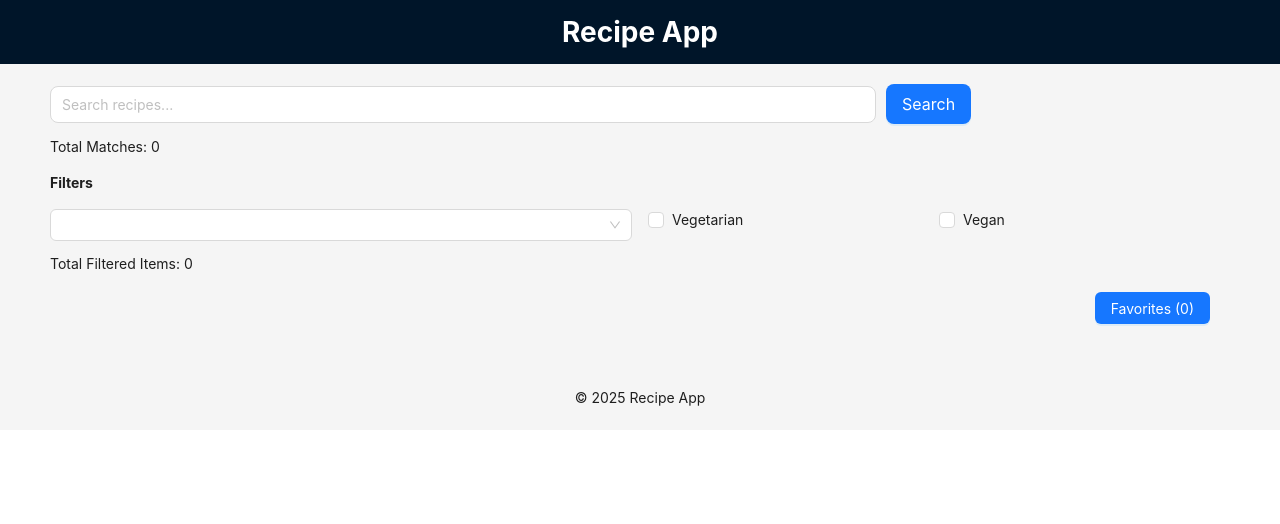
Repository: rajeshwaranslv/recipe-era
Page: /
These files come from the project's save history. The page is drawn as it stood at one moment and after the next save; the edit follows.
The browser window is 1280 px wide. The pictures show the whole page.
The page's requests for data from a server got no answer. The project was rebuilt for these pictures with package versions that can differ from the ones it lists, and the page was loaded fresh each time. No one was signed in, and anything a server would have sent is missing.

Above is the page before, as saved 2025-01-26 11:34:36.

### public/index.html
<!DOCTYPE html>
<html lang="en">
  <head>
    <meta charset="utf-8" />
    <link rel="icon" href="%PUBLIC_URL%/favicon.ico" />
    <meta name="viewport" content="width=device-width, initial-scale=1" />
    <meta name="theme-color" content="#000000" />
    <meta
      name="description"
      content="Web site created using create-react-app"
    />
    <link rel="apple-touch-icon" href="%PUBLIC_URL%/logo192.png" />
    <!--
      manifest.json provides metadata used when your web app is installed on a
      user's mobile device or desktop. See https://developers.google.com/web/fundamentals/web-app-manifest/
    -->
    <link rel="manifest" href="%PUBLIC_URL%/manifest.json" />
    <!--
      Notice the use of %PUBLIC_URL% in the tags above.
      It will be replaced with the URL of the `public` folder during the build.
      Only files inside the `public` folder can be referenced from the HTML.

      Unlike "/favicon.ico" or "favicon.ico", "%PUBLIC_URL%/favicon.ico" will
      work correctly both with client-side routing and a non-root public URL.
      Learn how to configure a non-root public URL by running `npm run build`.
    -->
    <title>Recipe Era</title>
    <link rel="apple-touch-icon" sizes="57x57" href="/apple-icon-57x57.png">
<link rel="apple-touch-icon" sizes="60x60" href="/apple-icon-60x60.png">
<link rel="apple-touch-icon" sizes="72x72" href="/apple-icon-72x72.png">
<link rel="apple-touch-icon" sizes="76x76" href="/apple-icon-76x76.png">
<link rel="apple-touch-icon" sizes="114x114" href="/apple-icon-114x114.png">
<link rel="apple-touch-icon" sizes="120x120" href="/apple-icon-120x120.png">
<link rel="apple-touch-icon" sizes="144x144" href="/apple-icon-144x144.png">
<link rel="apple-touch-icon" sizes="152x152" href="/apple-icon-152x152.png">
<link rel="apple-touch-icon" sizes="180x180" href="/apple-icon-180x180.png">
<link rel="icon" type="image/png" sizes="192x192"  href="/android-icon-192x192.png">
<link rel="icon" type="image/png" sizes="32x32" href="/favicon-32x32.png">
<link rel="icon" type="image/png" sizes="96x96" href="/favicon-96x96.png">
<link rel="icon" type="image/png" sizes="16x16" href="/favicon-16x16.png">
<link rel="manifest" href="/manifest.json">
<meta name="msapplication-TileColor" content="#ffffff">
<meta name="msapplication-TileImage" content="/ms-icon-144x144.png">
<meta name="theme-color" content="#ffffff">
  </head>
  <body>
    <noscript>You need to enable JavaScript to run this app.</noscript>
    <div id="root"></div>
    <!--
      This HTML file is a template.
      If you open it directly in the browser, you will see an empty page.

      You can add webfonts, meta tags, or analytics to this file.
      The build step will place the bundled scripts into the <body> tag.

      To begin the development, run `npm start` or `yarn start`.
      To create a production bundle, use `npm run build` or `yarn build`.
    -->
  </body>
</html>

### src/App.js
import React from 'react';
import { Provider } from 'react-redux';
import store from './redux/store';
import RecipeList from './components/RecipeList';
import SearchBar from './components/SearchBar';
import FilterOptions from './components/FilterOptions';
import FavoritesButton from './components/FavoritesButton';
import { Layout, Row, Col } from 'antd';

const { Header, Content, Footer } = Layout;

function App() {
  return (
    <Provider store={store}>
      <Layout>
        <Header style={{ backgroundColor: '#001529', color: 'white', textAlign: 'center' }}>
          <h1 style={{ color: 'white', margin: 0 }}>Recipe App</h1>
        </Header>
        <Content style={{ padding: '20px 50px' }}>
          <Row gutter={[16, 16]}>
            {/* Filters and Search Bar */}
            <Col span={24}>
              <SearchBar />
              <FilterOptions />
                  {/* Favorites Button */}
          < FavoritesButton />
            </Col>
          </Row>

          <Row gutter={[16, 16]}>
            {/* Recipe List */}
            <Col span={24}>
              <RecipeList />
            </Col>
          </Row>


        </Content>
        <Footer style={{ textAlign: 'center' }}>© 2025 Recipe App</Footer>
      </Layout>
    </Provider>
  );
}

export default App;

### src/redux/store.js
import { createStore, combineReducers, applyMiddleware } from 'redux';
import {thunk} from 'redux-thunk';
import { recipeReducer, favoriteReducer } from '../redux/reducers/recipeReducer';

const rootReducer = combineReducers({
  recipes: recipeReducer,
  favorites: favoriteReducer,
});

const store = createStore(rootReducer, applyMiddleware(thunk));

export default store;

### src/components/RecipeList.js
import React, { useState, useEffect } from 'react';
import { Card, Col, Row, Button, Modal } from 'antd';
import { useDispatch, useSelector } from 'react-redux';
import { fetchRecipes, toggleFavorite } from '../redux/actions/recipeActions';

const RecipeList = () => {
  const dispatch = useDispatch();
  const recipes = useSelector((state) => state.recipes.recipes);
  const favorites = useSelector((state) => state.favorites);
  const [selectedRecipe, setSelectedRecipe] = useState(null);

  useEffect(() => {
    dispatch(fetchRecipes('pizza')); // Fetch recipes with the default query
  }, [dispatch]);

  const isFavorite = (recipe) => favorites.some((fav) => fav.label === recipe.label);

  const handleRecipeClick = (recipe) => {
    setSelectedRecipe(recipe);
  };

  const handleCloseModal = () => {
    setSelectedRecipe(null);
  };

  const toggleFavoriteStatus = (recipe) => {
    dispatch(toggleFavorite(recipe));
  };

  return (
    <>
      <Row gutter={[16, 16]}>
        {recipes.map((recipe, index) => (
          <Col xs={24} sm={12} md={8} lg={6} key={index}>
            <Card
              hoverable
              style={{ height: '100%', display: 'flex', flexDirection: 'column', justifyContent: 'space-between' }}
              cover={<img alt={recipe.label} src={recipe.image} style={{ height: '200px', objectFit: 'cover' }} />}
              title={recipe.label}
              onClick={() => handleRecipeClick(recipe)} // Clicking on the card opens the modal
            >
              <p>{recipe.cuisineType?.join(', ') || 'No cuisine info'}</p>
              <Button
                type={isFavorite(recipe) ? 'danger' : 'primary'}
                onClick={(e) => {
                  e.stopPropagation(); // Prevent card click event from firing
                  toggleFavoriteStatus(recipe);
                }}
              >
                {isFavorite(recipe) ? 'Remove Favorite' : 'Add to Favorites'}
              </Button>
            </Card>
          </Col>
        ))}
      </Row>

      {/* Modal to show recipe details */}
      <Modal
        title={selectedRecipe?.label}
        visible={selectedRecipe !== null}
        onCancel={handleCloseModal}
        footer={null}
        width={800}
      >
        {selectedRecipe && (
          <div>
            <img
              alt={selectedRecipe.label}
              src={selectedRecipe.image}
              style={{ width: 'auto', height: 'auto', objectFit: 'cover', margin:"0 0 10px 200px",borderRadius:"1rem" }}
            />
            <h3>Ingredients</h3>
            <ul>
              {selectedRecipe.ingredients.map((ingredient, index) => (
                <li key={index}>{ingredient.text}</li>
              ))}
            </ul>
            <h3>Instructions</h3>
            <p>{selectedRecipe.instructions}</p>
            <p><strong>Preparation time:</strong> {selectedRecipe.totalTime} minutes</p>
            <p><strong>Serving size:</strong> {selectedRecipe.yield} servings</p>
          </div>
        )}
      </Modal>
    </>
  );
};

export default RecipeList;

### src/components/SearchBar.js
import React, { useState, useEffect } from 'react';
import { Input, Button, message, AutoComplete } from 'antd';
import { useDispatch, useSelector } from 'react-redux';
import { fetchRecipes } from '../redux/actions/recipeActions';

const SearchBar = () => {
  const [query, setQuery] = useState('');
  const [suggestions, setSuggestions] = useState([]);
  const dispatch = useDispatch();

  useEffect(() => {
    if (query) {
      fetch(`https://api.edamam.com/search?q=${query}&app_id=a5de3521&app_key=28f8a20bd893e2740e68d4bbb349b977&from=0&to=5`)
        .then((response) => response.json())
        .then((data) => {
          const suggestions = data.hits.map((hit) => hit.recipe.label);
          setSuggestions(suggestions);
        });
    } else {
      setSuggestions([]);
    }
  }, [query]);

  const handleSearch = () => {
    if (!query) {
      message.warning('Please enter a search query');
      return;
    }
    dispatch(fetchRecipes(query)); // Dispatch action to fetch recipes based on the query
  };

  const recipeCount = useSelector((state) => state.recipes.recipes.length);

  return (
    <div className="mb-4">
      <AutoComplete
        style={{ width: '70%', marginRight: '10px' }}
        options={suggestions.map((suggestion) => ({ value: suggestion }))}
        onSelect={(value) => setQuery(value)}
      >
        <Input
          placeholder="Search recipes..."
          value={query}
          onChange={(e) => setQuery(e.target.value)}
          size="large"
          onPressEnter={handleSearch}
        />
      </AutoComplete>
      <Button type="primary" size="large" onClick={handleSearch}>
        Search
      </Button>

      <div style={{ marginTop: '10px' }}>
        <p>Total Matches: {recipeCount}</p>
      </div>
    </div>
  );
};

export default SearchBar;

### src/components/FilterOptions.js
import React, { useState } from 'react';
import { Select, Checkbox, Row, Col, message } from 'antd';
import { useDispatch, useSelector } from 'react-redux';
import { fetchRecipes } from '../redux/actions/recipeActions';

const { Option } = Select;

const FilterOptions = () => {
  const dispatch = useDispatch();
  const [selectedCategory, setSelectedCategory] = useState('');
  const [selectedDietary, setSelectedDietary] = useState([]);

  const handleCategoryChange = (value) => {
    setSelectedCategory(value);
    dispatch(fetchRecipes('', value, selectedDietary));
  };

  const handleDietaryChange = (checkedValues) => {
    setSelectedDietary(checkedValues);
    dispatch(fetchRecipes('', selectedCategory, checkedValues));
  };

  const recipeData = useSelector((state) => state.recipes.recipes);
  const totalFilteredItems = recipeData ? recipeData.length : 0;

  return (
    <div className="mb-4">
      <h4>Filters</h4>
      <Row gutter={16}>
        <Col md={12}>
          <Select
            style={{ width: '100%' }}
            placeholder="Select a category"
            onChange={handleCategoryChange}
            value={selectedCategory}
          >
            <Option value="breakfast">Breakfast</Option>
            <Option value="lunch">Lunch</Option>
            <Option value="dinner">Dinner</Option>
          </Select>
        </Col>
        <Col md={12}>
          <Checkbox.Group
            style={{ width: '100%' }}
            onChange={handleDietaryChange}
            value={selectedDietary}
          >
            <Row>
              <Col span={12}><Checkbox value="vegetarian">Vegetarian</Checkbox></Col>
              <Col span={12}><Checkbox value="vegan">Vegan</Checkbox></Col>
            </Row>
          </Checkbox.Group>
        </Col>
      </Row>

      <div style={{ marginTop: '10px' }}>
        <p>Total Filtered Items: {totalFilteredItems}</p>
      </div>
    </div>
  );
};

export default FilterOptions;

### src/components/FavoritesButton.js
import React, { useState } from 'react';
import { Button, Modal, Row, Col, Card } from 'antd';
import { useSelector } from 'react-redux';

const FavoritesButton = () => {
  const [isModalVisible, setIsModalVisible] = useState(false);
  const [selectedFavorite, setSelectedFavorite] = useState(null); // Track selected favorite
  const favorites = useSelector((state) => state.favorites);

  const showModal = () => {
    setIsModalVisible(true);
  };

  const handleClose = () => {
    setIsModalVisible(false);
    setSelectedFavorite(null); // Clear selected favorite when closing modal
  };

  const handleRecipeClick = (recipe) => {
    setSelectedFavorite(recipe); // Set selected favorite when clicked
  };

  const handleCloseDetailModal = () => {
    setSelectedFavorite(null); // Clear selected favorite when closing details modal
  };

  return (
    <div style={{ textAlign: 'right', margin: '20px' }}>
      {/* Favorites Button */}
      <Button type="primary" onClick={showModal}>
        Favorites ({favorites.length})
      </Button>

      {/* Modal to Show Favorites */}
      <Modal
        title="Your Favorites"
        visible={isModalVisible}
        onCancel={handleClose}
        footer={null}
        width={800}
      >
        <Row gutter={[16, 16]}>
          {favorites.length > 0 ? (
            favorites.map((recipe, index) => (
              <Col xs={24} sm={12} md={8} key={index}>
                <Card
                  hoverable
                  style={{
                    height: '100%', // Ensure the card takes full height
                    display: 'flex',
                    flexDirection: 'column',
                    justifyContent: 'space-between',
                  }}
                  cover={<img alt={recipe.label} src={recipe.image} style={{ height: '200px', objectFit: 'cover' }} />}
                  title={recipe.label}
                  onClick={() => handleRecipeClick(recipe)} // Click to show details
                >
                  <p>{recipe.cuisineType?.join(', ') || 'No cuisine info'}</p>
                </Card>
              </Col>
            ))
          ) : (
            <p style={{ textAlign: 'center', width: '100%' }}>No favorite recipes added yet.</p>
          )}
        </Row>
      </Modal>

      {/* Modal to Show Selected Recipe Details */}
      <Modal
        title={selectedFavorite?.label}
        visible={selectedFavorite !== null}
        onCancel={handleCloseDetailModal}
        footer={null}
        width={800}
      >
        {selectedFavorite && (
          <div>
            <img
              alt={selectedFavorite.label}
              src={selectedFavorite.image}
              style={{
                width: 'auto',
                height: 'auto',
                objectFit: 'cover',
                margin: '0 0 10px 200px',
                borderRadius: '1rem',
              }}
            />
            <h3>Ingredients</h3>
            <ul>
              {selectedFavorite.ingredients.map((ingredient, index) => (
                <li key={index}>{ingredient.text}</li>
              ))}
            </ul>
            <h3>Instructions</h3>
            <p>{selectedFavorite.instructions}</p>
            <p><strong>Preparation time:</strong> {selectedFavorite.totalTime} minutes</p>
            <p><strong>Serving size:</strong> {selectedFavorite.yield} servings</p>
          </div>
        )}
      </Modal>
    </div>
  );
};

export default FavoritesButton;

### src/redux/reducers/recipeReducer.js
const initialState = {
  recipes: [],
  loading: false,
  error: null,
};

export const recipeReducer = (state = initialState, action) => {
  switch (action.type) {
    case 'FETCH_RECIPES_REQUEST':
      return {
        ...state,
        loading: true,
      };
    case 'FETCH_RECIPES_SUCCESS':
      return {
        ...state,
        recipes: action.payload,
        loading: false,
      };
    case 'FETCH_RECIPES_FAILURE':
      return {
        ...state,
        loading: false,
        error: action.payload,
      };
    default:
      return state;
  }
};

const favoriteState = [];

export const favoriteReducer = (state = favoriteState, action) => {
  switch (action.type) {
    case 'TOGGLE_FAVORITE':
      const recipeExists = state.some((fav) => fav.uri === action.payload.uri);
      return recipeExists
        ? state.filter((fav) => fav.uri !== action.payload.uri)
        : [...state, action.payload];
    default:
      return state;
  }
};

### src/redux/actions/recipeActions.js
import axios from 'axios';

export const fetchRecipes = (query = '', category = '', dietary = []) => async (dispatch) => {
  try {
    const params = new URLSearchParams({
      q: query || '',
      app_id: 'a5de3521',
      app_key: '28f8a20bd893e2740e68d4bbb349b977',
      from: 0,
      to: 50,
    });

    if (category) params.append('category', category);
    if (dietary.length) params.append('diet', dietary.join(','));

    const response = await axios.get(`https://api.edamam.com/search?${params}`);
    const recipes = response.data.hits.map((hit) => hit.recipe);

    dispatch({ type: 'FETCH_RECIPES_SUCCESS', payload: recipes });
  } catch (error) {
    dispatch({ type: 'FETCH_RECIPES_FAILURE', payload: error.message });
  }
};

export const toggleFavorite = (recipe) => ({
  type: 'TOGGLE_FAVORITE',
  payload: recipe,
});

Loaded but not shown: src/index.js (common file); src/index.css (common file); src/reportWebVitals.js (common file)

After the next save:
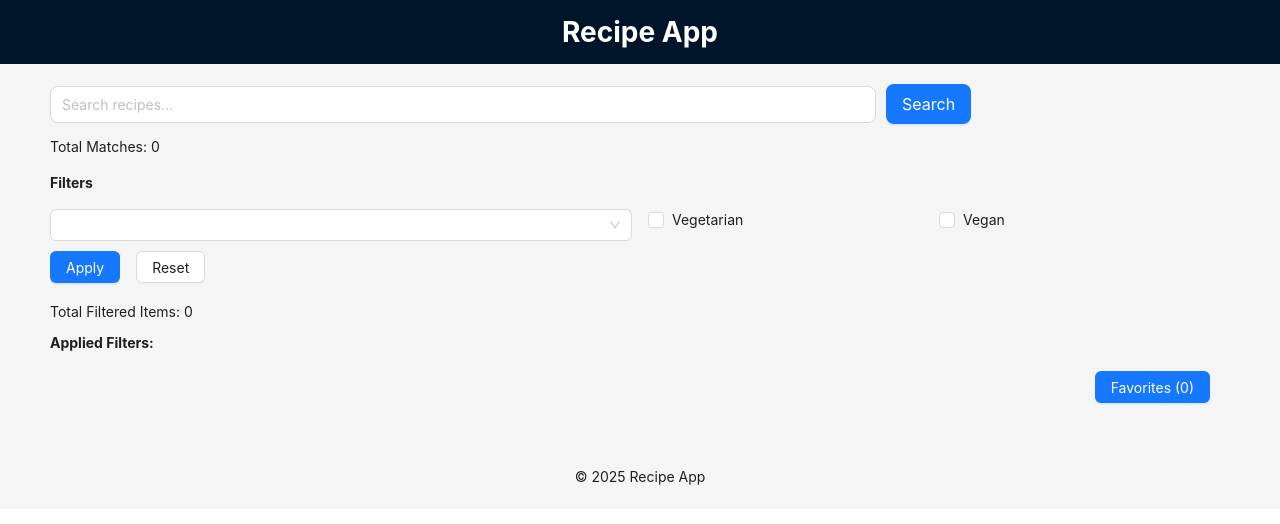
Saved 110 s later.
--- a/src/components/FilterOptions.js
+++ b/src/components/FilterOptions.js
@@ -1,5 +1,5 @@
 import React, { useState } from 'react';
-import { Select, Checkbox, Row, Col, message } from 'antd';
+import { Select, Checkbox, Row, Col, Button, message } from 'antd';
 import { useDispatch, useSelector } from 'react-redux';
 import { fetchRecipes } from '../redux/actions/recipeActions';
 
@@ -7,21 +7,33 @@ const { Option } = Select;
 
 const FilterOptions = () => {
   const dispatch = useDispatch();
+
+  // Local state for filters
   const [selectedCategory, setSelectedCategory] = useState('');
   const [selectedDietary, setSelectedDietary] = useState([]);
 
-  const handleCategoryChange = (value) => {
-    setSelectedCategory(value);
-    dispatch(fetchRecipes('', value, selectedDietary));
+  // Track applied filters
+  const [appliedCategory, setAppliedCategory] = useState('');
+  const [appliedDietary, setAppliedDietary] = useState([]);
+
+  const recipeData = useSelector((state) => state.recipes.recipes); // Get filtered recipes from Redux
+  const totalFilteredItems = recipeData ? recipeData.length : 0;
+
+  const handleApplyFilters = () => {
+    // Apply selected filters
+    setAppliedCategory(selectedCategory);
+    setAppliedDietary(selectedDietary);
+    dispatch(fetchRecipes('', selectedCategory, selectedDietary));
   };
 
-  const handleDietaryChange = (checkedValues) => {
-    setSelectedDietary(checkedValues);
-    dispatch(fetchRecipes('', selectedCategory, checkedValues));
+  const handleResetFilters = () => {
+    // Reset filters
+    setSelectedCategory('');
+    setSelectedDietary([]);
+    setAppliedCategory('');
+    setAppliedDietary([]);
+    dispatch(fetchRecipes()); // Fetch recipes with no filters
   };
-
-  const recipeData = useSelector((state) => state.recipes.recipes);
-  const totalFilteredItems = recipeData ? recipeData.length : 0;
 
   return (
     <div className="mb-4">
@@ -31,7 +43,7 @@ const FilterOptions = () => {
           <Select
             style={{ width: '100%' }}
             placeholder="Select a category"
-            onChange={handleCategoryChange}
+            onChange={setSelectedCategory}
             value={selectedCategory}
           >
             <Option value="breakfast">Breakfast</Option>
@@ -42,7 +54,7 @@ const FilterOptions = () => {
         <Col md={12}>
           <Checkbox.Group
             style={{ width: '100%' }}
-            onChange={handleDietaryChange}
+            onChange={setSelectedDietary}
             value={selectedDietary}
           >
             <Row>
@@ -53,8 +65,26 @@ const FilterOptions = () => {
         </Col>
       </Row>
 
-      <div style={{ marginTop: '10px' }}>
+      <Row style={{ marginTop: '10px' }} gutter={16}>
+        <Col>
+          <Button type="primary" onClick={handleApplyFilters}>
+            Apply
+          </Button>
+        </Col>
+        <Col>
+          <Button onClick={handleResetFilters}>
+            Reset
+          </Button>
+        </Col>
+      </Row>
+
+      <div style={{ marginTop: '20px' }}>
         <p>Total Filtered Items: {totalFilteredItems}</p>
+        <p>
+          <strong>Applied Filters:</strong>
+          {appliedCategory && ` Category: ${appliedCategory}`}
+          {appliedDietary.length > 0 && ` Dietary: ${appliedDietary.join(', ')}`}
+        </p>
       </div>
     </div>
   );
